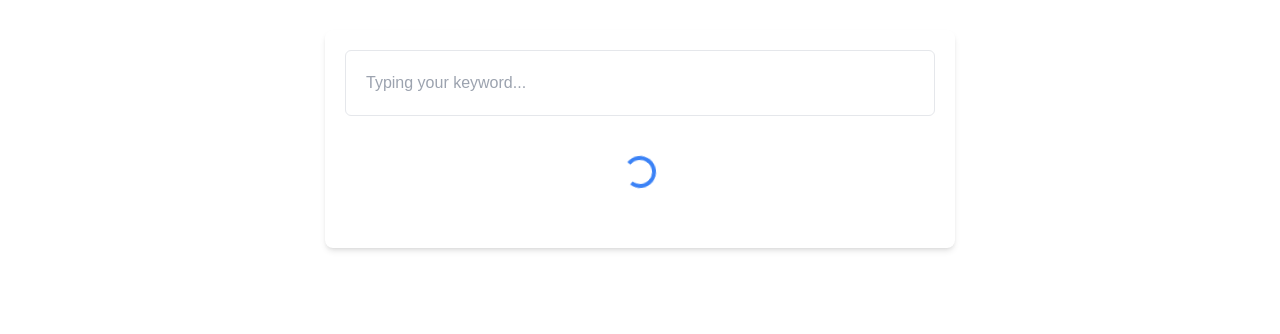
Repository: vophuocthanh/redux
Page: /
An editor plug-in stored every save of this project. The page is shown before and after the next save, followed by the edit.
The browser window is 1280 px wide. The pictures show the whole page.
The page's requests for data from a server got no answer. The project was rebuilt for these pictures with package versions that can differ from the ones it lists, and the page was loaded fresh each time. No one was signed in, and anything a server would have sent is missing.

Above is the page before, as saved 2023-03-11 09:58:32.

### src/index.js
import React from "react";
import { createRoot } from "react-dom/client";
import App from "./App";
import reportWebVitals from "./reportWebVitals";
import "./index.css";
import { Provider } from "react-redux";
import store from "./sagas/configureStore";

const container = document.getElementById("root");
const root = createRoot(container);

root.render(
  <Provider store={store}>
    <App />
  </Provider>
);

// If you want to start measuring performance in your app, pass a function
// to log results (for example: reportWebVitals(console.log))
// or send to an analytics endpoint. Learn more: https://bit.ly/CRA-vitals
reportWebVitals();

### src/App.js
import React from "react";
import HackerNews from "./components/HackerNews";
// redux saga architecture
function App() {
  // const hits = useSelector((state) => state.news.hits);
  // console.log(" App ~ hits:", hits);
  return (
    <div>
      <HackerNews></HackerNews>
    </div>
  );
}

export default App;

### src/index.css
@tailwind base;
@tailwind components;
@tailwind utilities;

@layer base {
  body {
    padding: 10px;
    font-family: "DM sans", sans-serif;
  }
  input {
    outline: none;
  }
}

### src/sagas/configureStore.js
import { configureStore } from "@reduxjs/toolkit";
import logger from "redux-logger";
import createSagaMiddleware from "@redux-saga/core";
import reducer from "./reducers";
import rootSaga from "./rootSaga";

const sagaMiddleware = createSagaMiddleware();

const store = configureStore({
  reducer: reducer,
  // gDm là getDefualtMiddleware
  middleware: (gDM) => gDM().concat(sagaMiddleware),
});
sagaMiddleware.run(rootSaga); // dùng hàm run để chạy redux saga

export default store;

### src/components/HackerNews.js
import { debounce } from "lodash";
import React, { useEffect } from "react";
import { useDispatch, useSelector } from "react-redux";
import { getNews, setQuery } from "../sagas/news/newsSlice";

const HackerNews = () => {
  const { hits, loading, errorMessage, query } = useSelector(
    (state) => state.news
  );
  const dispatch = useDispatch();
  useEffect(() => {
    dispatch(getNews(query));
  }, [dispatch, query]);
  const handleChangeQuery = debounce((e) => {
    // logic code here
    dispatch(setQuery(e.target.value));
  }, 500);
  return (
    <div className="w-2/4 p-5 mx-auto mt-5 mb-5 bg-white rounded-lg shadow-md">
      <div className="flex mb-5 gap-x-5">
        <input
          type="text"
          className="block w-full p-5 transition-all border border-gray-200 rounded-md focus:border-blue-400"
          placeholder="Typing your keyword..."
          // defaultValue={query}
          onChange={handleChangeQuery}
        />
        {/* <button
          onClick={() =>
            setUrl(`https://hn.algolia.com/api/v1/search?query=${query}`)
          }
          className="flex-shrink-0 p-5 font-semibold text-white bg-blue-500 rounded-md"
        >
          Fetching
        </button> */}
      </div>
      {loading && (
        <div className="w-8 h-8 mx-auto my-10 border-4 border-r-4 border-blue-500 rounded-full loading border-r-transparent animate-spin"></div>
      )}
      {!loading && errorMessage && (
        <p className="my-5 text-red-400">{errorMessage}</p>
      )}
      <div className="flex flex-wrap gap-5">
        {!loading &&
          hits.length > 0 &&
          hits.map((item, index) => {
            if (!item.title || item.title.length <= 0) return null;
            return (
              <h3 key={item.title} className="p-3 bg-gray-100 rounded-md">
                {item.title}
              </h3>
            );
          })}
      </div>
    </div>
  );
};

export default HackerNews;

### src/sagas/reducers.js
import { combineReducers } from "@reduxjs/toolkit";
import newsSlice from "./news/newsSlice";

const reducer = combineReducers({
  news: newsSlice,
});

export default reducer;

### src/sagas/rootSaga.js
import { all, fork } from "redux-saga/effects";
import newsSaga from "./news/saga";

export default function* rootSaga() {
  yield all([fork(newsSaga)]);
}

// blocking vs non-blocking function
// blocking: call, put
// non-blocking: fork

### src/sagas/news/newsSlice.js
import { createSlice, createAction } from "@reduxjs/toolkit";

const otherAction = createAction("updateLoading");

const newsSlice = createSlice({
  name: "news",
  initialState: {
    hits: [],
    loading: true,
    errorMessage: "",
    query: "",
  },
  reducers: {
    setNews: (state, action) => ({
      ...state,
      hits: action.payload,
    }),
    getNews() {},
    setLoading: (state, action) => ({
      ...state,
      loading: action.payload,
    }),
    setErrorMessage: (state, action) => ({
      ...state,
      error: action.payload,
    }),
    setQuery: (state, action) => ({
      ...state,
      query: action.payload,
    }),
  },
  extraReducers: (builder) => {
    builder.addCase(otherAction, (state, action) => {
      state.loading = action.payload;
    });
  },
});

export const { setNews, setLoading, getNews, setErrorMessage, setQuery } =
  newsSlice.actions;
export default newsSlice.reducer;

### src/sagas/news/saga.js
import { takeLatest } from "redux-saga/effects";
import handleGetNews from "./handlers";
import { getNews } from "./newsSlice";
// watcher saga
export default function* newsSaga() {
  yield takeLatest(getNews.type, handleGetNews);
}

### src/sagas/news/handlers.js
import { call, put, select } from "redux-saga/effects";
import { setLoading, setNews } from "./newsSlice";
import requestGetNews from "./requests";
// worker saga
export default function* handleGetNews({ payload, type }) {
  let query = "";
  try {
    const newsQuery = yield select((state) => state.news.query);
    if (newsQuery === "") query = "react";
    else query = payload;
    yield put(setLoading(true));
    const response = yield call(requestGetNews, query); // xử lí gọi thằng requests
    const { hits } = response.data;
    yield put(setNews(hits)); // sau khi trả về dữ liệu thì sẽ put
    yield put(setLoading(false));
  } catch (error) {
    console.log(error);
  }
}

### src/sagas/news/requests.js
import axios from "axios";

export default function requestGetNews(query = "vue") {
  return axios.request({
    method: "GET",
    url: "https://hn.algolia.com/api/v1/search",
    params: {
      query,
    },
  });
}

Loaded but not shown: public/index.html (common file); src/reportWebVitals.js (common file); tailwind.config.js (common file)

After the next save:
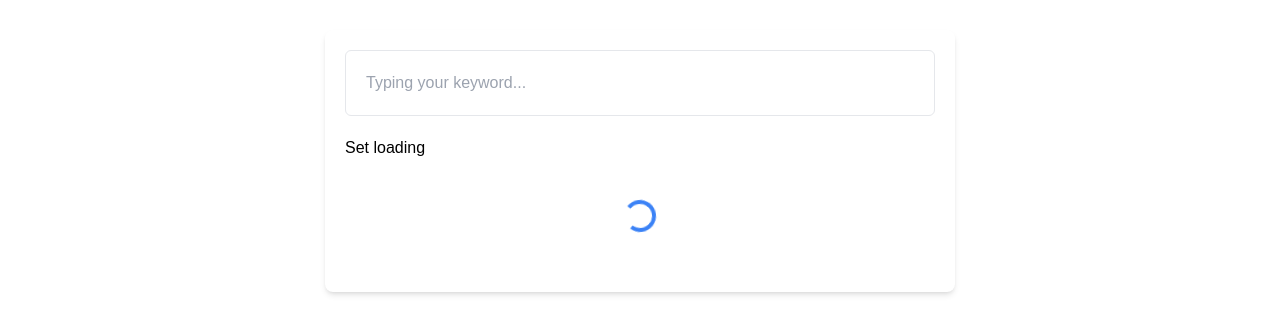
Saved 2 min 2 s later.
--- a/src/components/HackerNews.js
+++ b/src/components/HackerNews.js
@@ -25,15 +25,8 @@ const HackerNews = () => {
           // defaultValue={query}
           onChange={handleChangeQuery}
         />
-        {/* <button
-          onClick={() =>
-            setUrl(`https://hn.algolia.com/api/v1/search?query=${query}`)
-          }
-          className="flex-shrink-0 p-5 font-semibold text-white bg-blue-500 rounded-md"
-        >
-          Fetching
-        </button> */}
       </div>
+      <button>Set loading</button>
       {loading && (
         <div className="w-8 h-8 mx-auto my-10 border-4 border-r-4 border-blue-500 rounded-full loading border-r-transparent animate-spin"></div>
       )}
